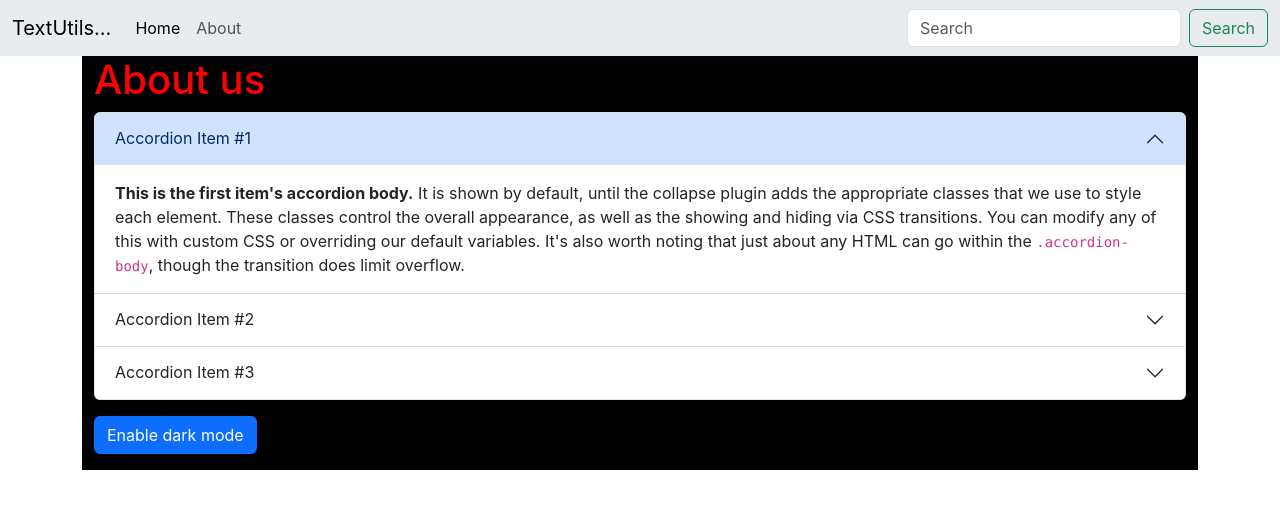
Repository: SujanNagaju/react-demo
Page: /
These files come from the project's save history. The page is drawn as it stood at one moment and after a run of saves; the edit follows.
The browser window is 1280 px wide. The pictures show the whole page.
The project was rebuilt for these pictures with package versions that can differ from the ones it lists, and the page was loaded fresh each time. Also part of the build but not shown: src/App.css, src/components/TextForm.js.

Above is the page before, as saved 2024-12-29 15:13:17.

### public/index.html
<!DOCTYPE html>
<html lang="en">
  <head>
    <meta charset="utf-8" />
    <link rel="icon" href="%PUBLIC_URL%/favicon.ico" />
    <meta name="viewport" content="width=device-width, initial-scale=1" />
    <meta name="theme-color" content="#000000" />
    <meta
      name="description"
      content="Web site created using create-react-app"
    />
    <link rel="apple-touch-icon" href="%PUBLIC_URL%/logo192.png" />
    <!--
      manifest.json provides metadata used when your web app is installed on a
      user's mobile device or desktop. See https://developers.google.com/web/fundamentals/web-app-manifest/
    -->
    <link rel="manifest" href="%PUBLIC_URL%/manifest.json" />
    <!--
      Notice the use of %PUBLIC_URL% in the tags above.
      It will be replaced with the URL of the `public` folder during the build.
      Only files inside the `public` folder can be referenced from the HTML.

      Unlike "/favicon.ico" or "favicon.ico", "%PUBLIC_URL%/favicon.ico" will
      work correctly both with client-side routing and a non-root public URL.
      Learn how to configure a non-root public URL by running `npm run build`.
    -->
    <link href="https://cdn.jsdelivr.net/npm/bootstrap@5.3.3/dist/css/bootstrap.min.css" rel="stylesheet" integrity="sha384-QWTKZyjpPEjISv5WaRU9OFeRpok6YctnYmDr5pNlyT2bRjXh0JMhjY6hW+ALEwIH" crossorigin="anonymous">
    <title>React App</title>
  </head>
  <body>
    <noscript>You need to enable JavaScript to run this app.</noscript>
    <div id="root"></div>
    <!--
      This HTML file is a template.
      If you open it directly in the browser, you will see an empty page.

      You can add webfonts, meta tags, or analytics to this file.
      The build step will place the bundled scripts into the <body> tag.

      To begin the development, run `npm start` or `yarn start`.
      To create a production bundle, use `npm run build` or `yarn build`.
    -->
    <script src="https://cdn.jsdelivr.net/npm/bootstrap@5.3.3/dist/js/bootstrap.bundle.min.js" integrity="sha384-YvpcrYf0tY3lHB60NNkmXc5s9fDVZLESaAA55NDzOxhy9GkcIdslK1eN7N6jIeHz" crossorigin="anonymous"></script>

  </body>
</html>

### src/App.js
// logo from './logo.svg';
import './App.css';
import About from './components/About';
import Navbar from './components/Navbar';
import TextForm from './components/TextForm';
function App() {
  return (
    <>

      {/* <Navbar title="TextUtils..." aboutText="About"/> */}
      <Navbar title="TextUtils..."/>
      <div className="container">
        {/* <TextForm heading="Enter your text to analyze"/> */}
        <About title="About us"/>
      </div>
    </>
  );
}

export default App;

### src/components/About.js
import React from 'react'

export default function About(props) {
    let myStyle = {
        color: 'red',
        backgroundColor: 'black',
    }

    return (
        <div className="container" style={myStyle}>
            <h1>{props.title}</h1>
            <div className="accordion" id="accordionExample">
                <div className="accordion-item">
                    <h2 className="accordion-header">
                    <button className="accordion-button" type="button" data-bs-toggle="collapse" data-bs-target="#collapseOne" aria-expanded="true" aria-controls="collapseOne">
                        Accordion Item #1
                    </button>
                    </h2>
                    <div id="collapseOne" className="accordion-collapse collapse show" data-bs-parent="#accordionExample">
                    <div className="accordion-body">
                        <strong>This is the first item's accordion body.</strong> It is shown by default, until the collapse plugin adds the appropriate classes that we use to style each element. These classes control the overall appearance, as well as the showing and hiding via CSS transitions. You can modify any of this with custom CSS or overriding our default variables. It's also worth noting that just about any HTML can go within the <code>.accordion-body</code>, though the transition does limit overflow.
                    </div>
                    </div>
                </div>
                <div className="accordion-item">
                    <h2 className="accordion-header">
                    <button className="accordion-button collapsed" type="button" data-bs-toggle="collapse" data-bs-target="#collapseTwo" aria-expanded="false" aria-controls="collapseTwo">
                        Accordion Item #2
                    </button>
                    </h2>
                    <div id="collapseTwo" className="accordion-collapse collapse" data-bs-parent="#accordionExample">
                    <div className="accordion-body">
                        <strong>This is the second item's accordion body.</strong> It is hidden by default, until the collapse plugin adds the appropriate classes that we use to style each element. These classes control the overall appearance, as well as the showing and hiding via CSS transitions. You can modify any of this with custom CSS or overriding our default variables. It's also worth noting that just about any HTML can go within the <code>.accordion-body</code>, though the transition does limit overflow.
                    </div>
                    </div>
                </div>
                <div className="accordion-item">
                    <h2 className="accordion-header">
                    <button className="accordion-button collapsed" type="button" data-bs-toggle="collapse" data-bs-target="#collapseThree" aria-expanded="false" aria-controls="collapseThree">
                        Accordion Item #3
                    </button>
                    </h2>
                    <div id="collapseThree" className="accordion-collapse collapse" data-bs-parent="#accordionExample">
                    <div className="accordion-body">
                        <strong>This is the third item's accordion body.</strong> It is hidden by default, until the collapse plugin adds the appropriate classes that we use to style each element. These classes control the overall appearance, as well as the showing and hiding via CSS transitions. You can modify any of this with custom CSS or overriding our default variables. It's also worth noting that just about any HTML can go within the <code>.accordion-body</code>, though the transition does limit overflow.
                    </div>
                    </div>
                </div>
            </div>


            <button type="button" className="btn btn-primary my-3" >Enable dark mode</button>
        </div>
    )
}

### src/components/Navbar.js
import React from 'react'
import PropTypes from 'prop-types';


export default function Navbar({title="TextUtils", aboutText="About"}) {
  return (
    <nav className="navbar navbar-expand-lg bg-body-secondary">
        <div className="container-fluid">
            <a className="navbar-brand" href="/">{title}</a>
            <button className="navbar-toggler" type="button" data-bs-toggle="collapse" data-bs-target="#navbarSupportedContent" aria-controls="navbarSupportedContent" aria-expanded="false" aria-label="Toggle navigation">
            <span className="navbar-toggler-icon"></span>
            </button>
            <div className="collapse navbar-collapse" id="navbarSupportedContent">
            <ul className="navbar-nav me-auto mb-2 mb-lg-0">
                <li className="nav-item">
                <a className="nav-link active" aria-current="page" href="/">Home</a>
                </li>
                <li className="nav-item">
                <a className="nav-link" href="/">{aboutText}</a>
                </li>

            </ul>
            <form className="d-flex" role="search">
                <input className="form-control me-2" type="search" placeholder="Search" aria-label="Search"/>
                <button className="btn btn-outline-success" type="submit">Search</button>
            </form>
            </div>
        </div>
    </nav>
  )
}


Navbar.propTypes = {
    title: PropTypes.string.isRequired,
    aboutText: PropTypes.string.isRequired
}

Loaded but not shown: src/index.js (common file); src/index.css (common file); src/reportWebVitals.js (common file)

After the next 2 saves:
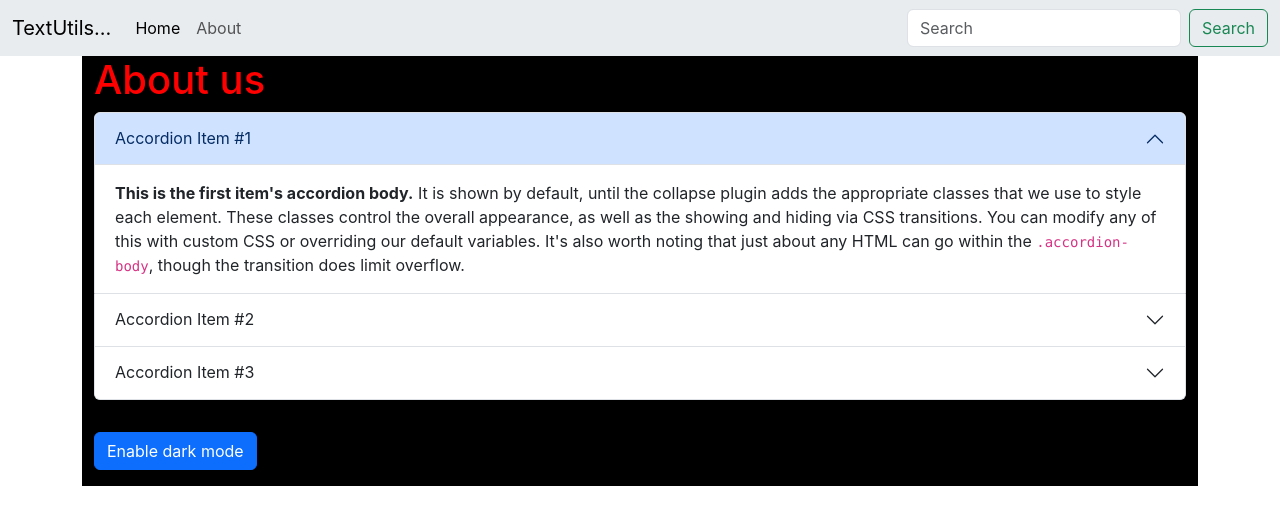
The 2 saves are shown as one change because they came seconds apart.
The last was saved 82 s later.
--- a/src/components/About.js
+++ b/src/components/About.js
@@ -48,8 +48,9 @@ export default function About(props) {
                 </div>
             </div>
 
-
-            <button type="button" className="btn btn-primary my-3" >Enable dark mode</button>
+            <div className="changeMode my-3">
+                <button type="button" className="btn btn-primary my-3" >Enable dark mode</button>
+            </div>
         </div>
     )
 }
